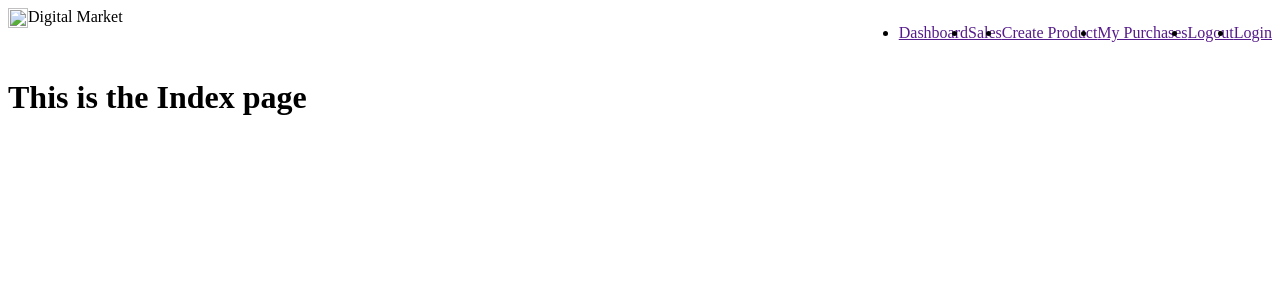
Repository: Zedestar/DigitalMarket_django
Page: http://localhost/
These files come from the project's save history. The page is drawn as it stood at one moment and after the next save; the edit follows.
The browser window is 1280 px wide. The pictures show the whole page.
The page is served by the project's application, run on Django 5.2 (manage.py). Style sheets and scripts are compiled from the project's sources, by tool versions that may differ from the author's.

Above is the page before, as saved 2025-03-19 16:44:45.

After the next save:
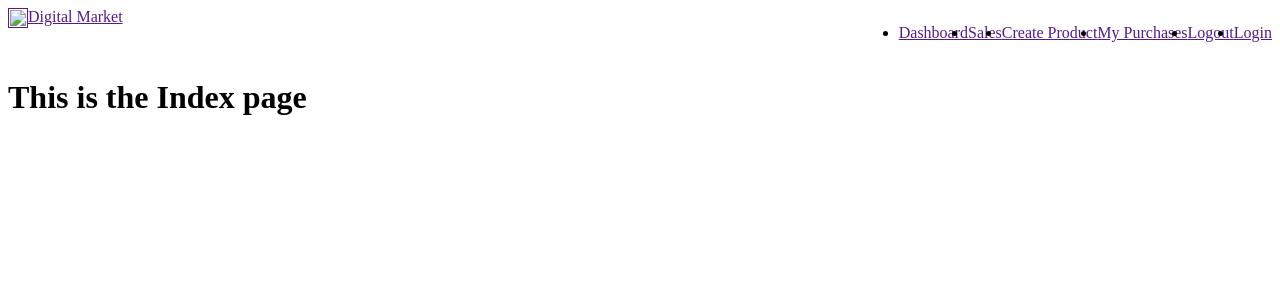
Saved 36 s later.
--- a/templates/base.html
+++ b/templates/base.html
@@ -11,10 +11,10 @@
     </head>
     <body class="bg-gray-200">
         <div class="flex justify-between shadow-lg py-2 text-sm font-medium">
-            <div class="flex ml-6">
+            <a href="" class="flex ml-6">
                 <img src="" alt="" height="20px" width="20px">
                 <span class="mx-2">Digital Market</span>
-            </div>
+            </a>
             <ul class="mr-6 flex">
                 <li class="mx-4">
                     <a href="">Dashboard</a>
